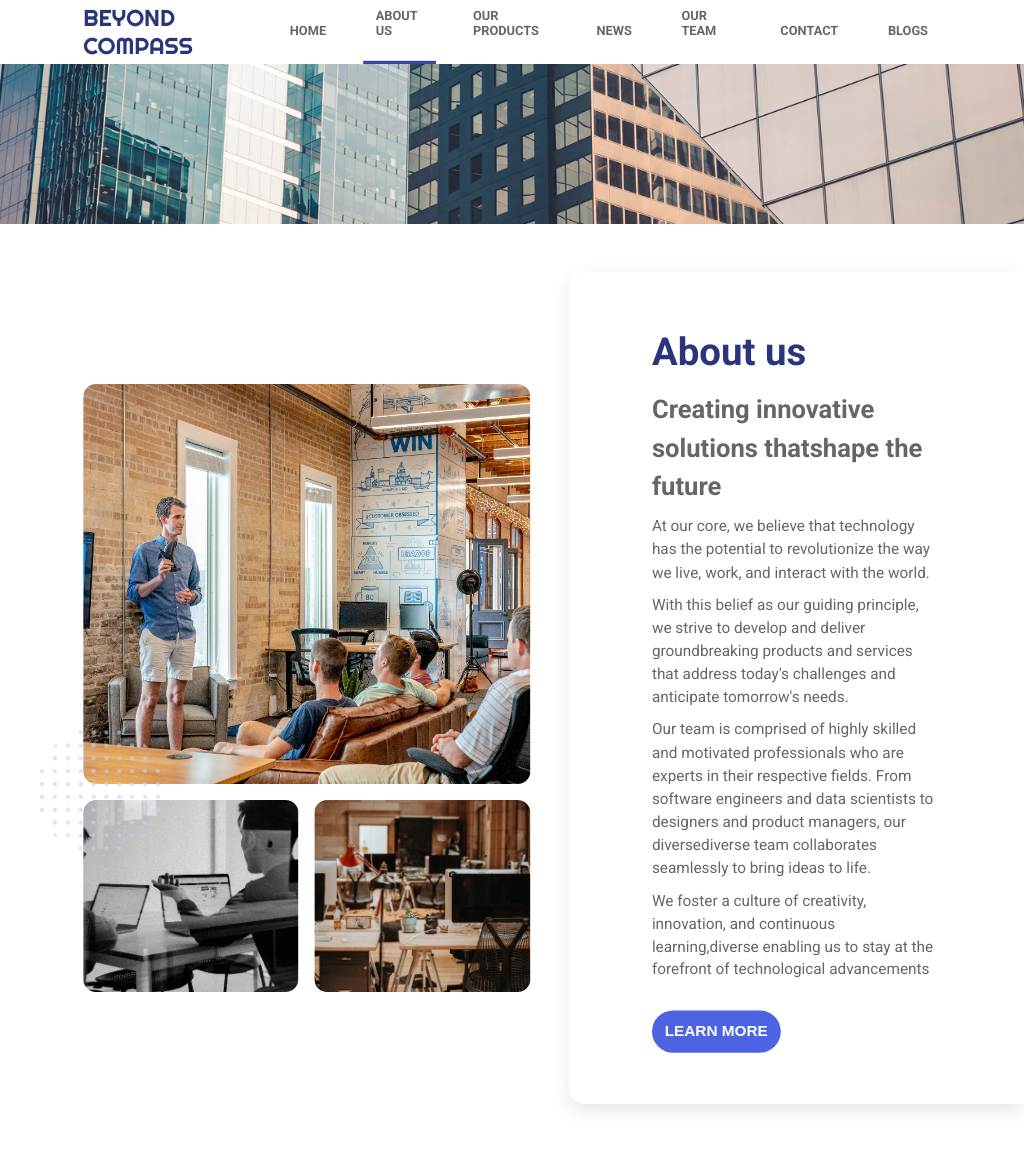
Repository: trunghau06/baitapRn
Page: pages/about.html
An editor plug-in stored every save of this project. The page is shown before and after the next save, followed by the edit.
The browser window is 1280 px wide. The pictures show the whole page, at 80% of full size.

Above is the page before, as saved 2025-10-10 22:09:25.

After the next save:
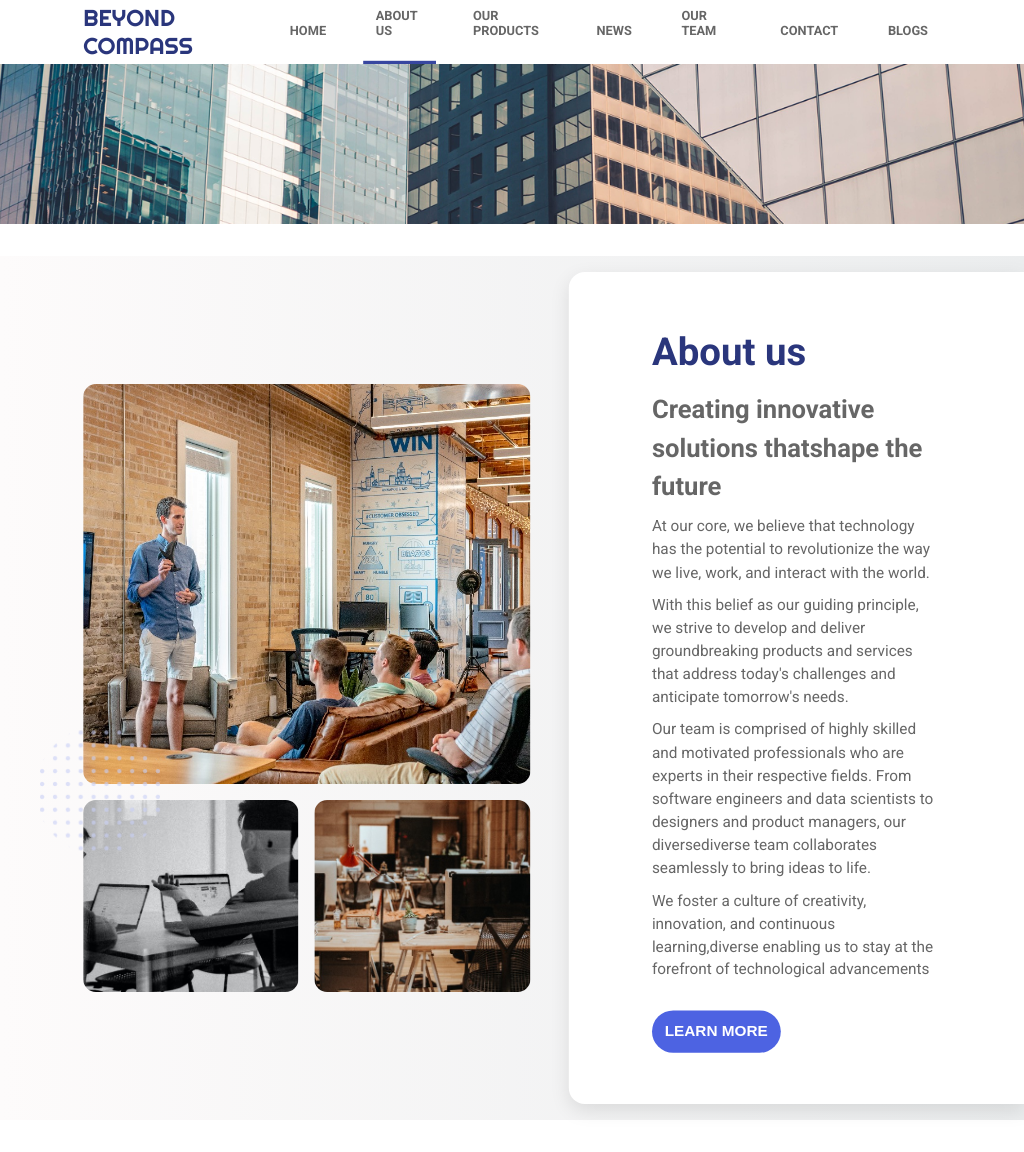
Saved 7 s later.
--- a/style/about.css
+++ b/style/about.css
@@ -84,11 +84,10 @@ nav {
     align-items: center;
     width: 100%;
     margin: 40px auto;
-    background-color: #FFFFFF;
+     background-image: linear-gradient(to right, #FDFBFB, #EBEDEE);
     padding: 20px 0 20px 104px;
     gap: 48px;
     position: relative;
-
 }
 
 .image-blur {
